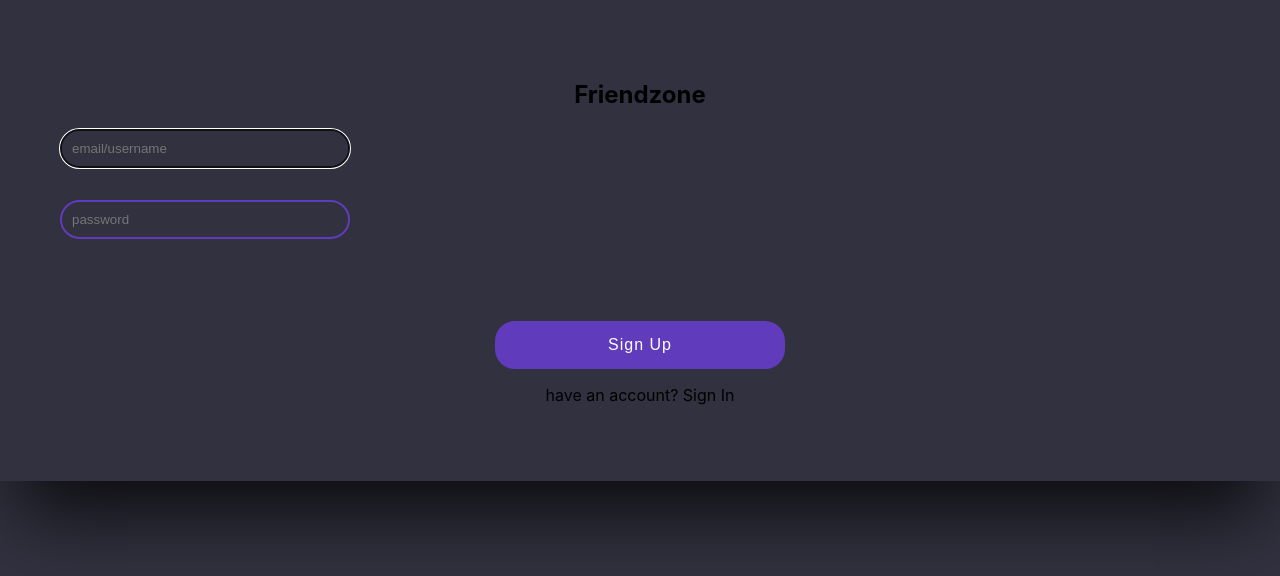
Repository: DerickT02/friend-zone
Page: /
These files come from the project's save history. The page is drawn as it stood at one moment and after the next save; the edit follows.
The browser window is 1280 px wide. The pictures show the whole page.
The project was rebuilt for these pictures with package versions that can differ from the ones it lists, and the page was loaded fresh each time. Also part of the build but not shown: src/Appreducer.js, src/GlobalState.js, src/Post.js, src/Homepage.js, src/fire.js.

Above is the page before, as saved 2021-07-07 07:51:12.

After the next save:
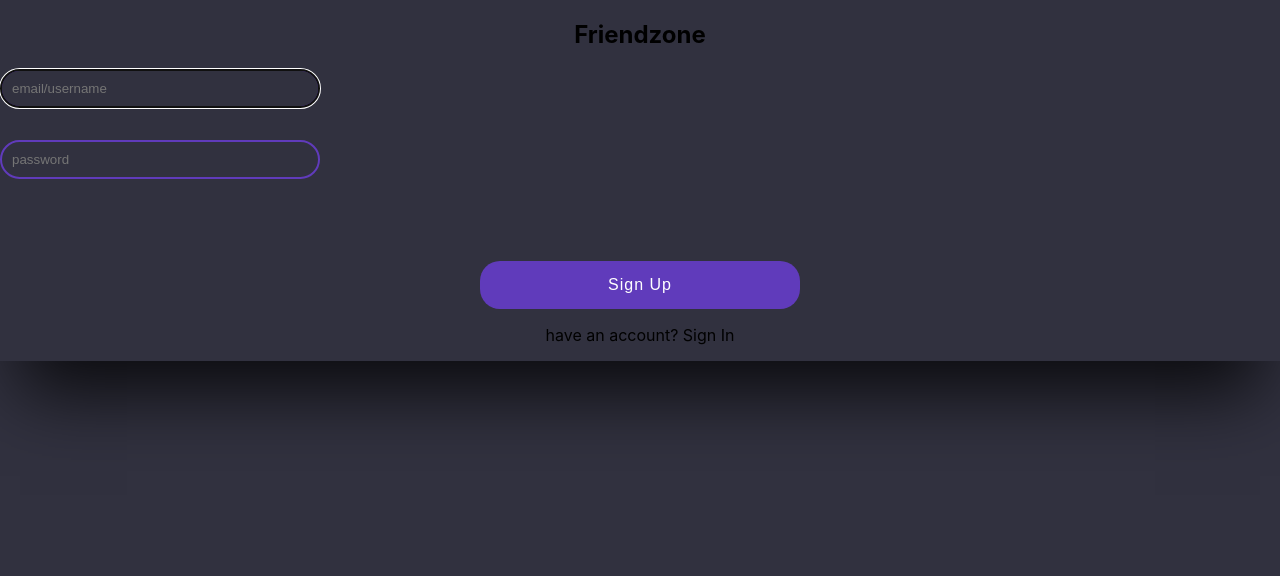
Saved 12 s later.
--- a/src/Login.css
+++ b/src/Login.css
@@ -4,7 +4,7 @@
 
 
 .login .loginContainer {
-  padding: 60px;
+
   margin: auto;
 
 
